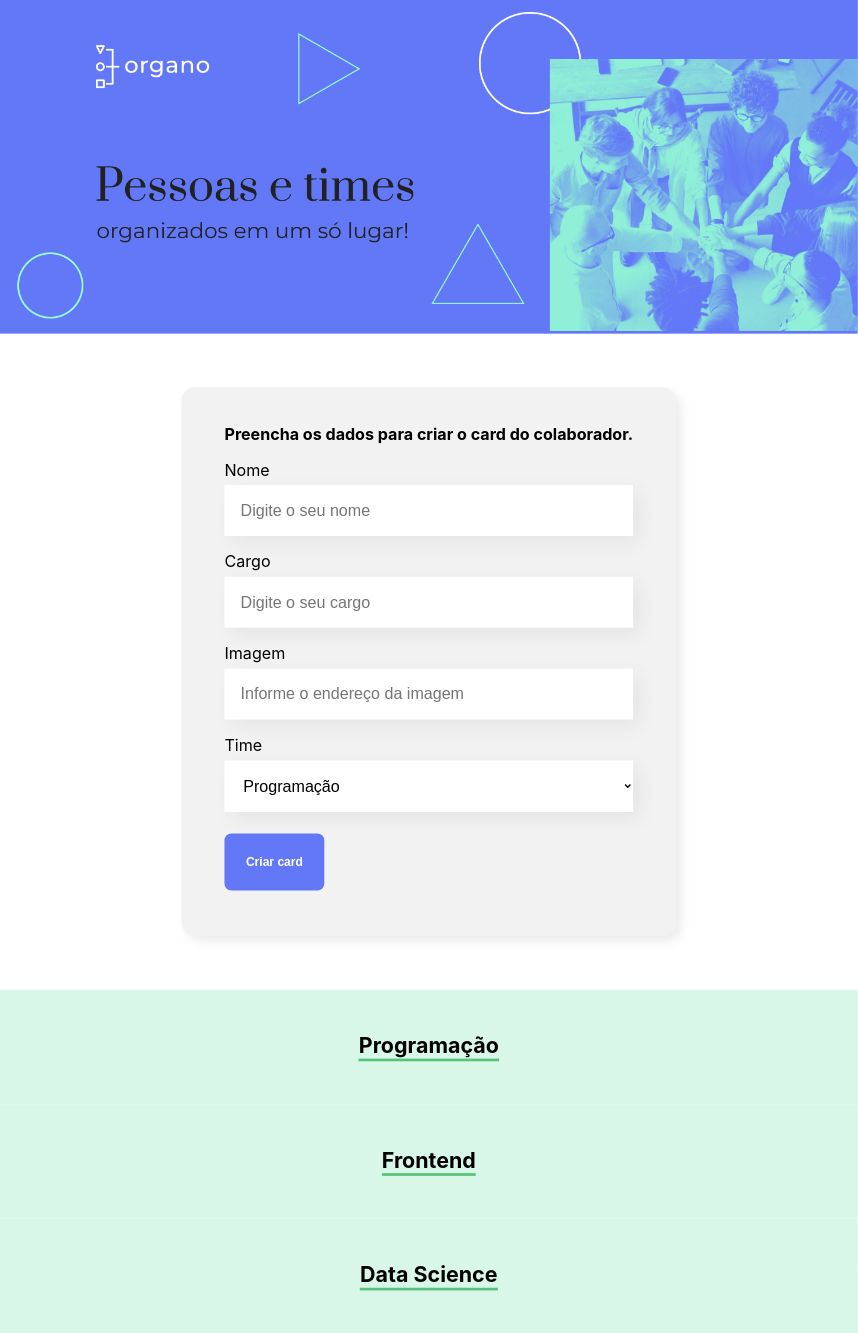
Repository: devMuriloOliveira/organo
Page: /
An editor plug-in stored every save of this project. The page is shown before and after the next save, followed by the edit.
The browser window is 1280 px wide. The pictures show the whole page, at 67% of full size.
The project was rebuilt for these pictures with package versions that can differ from the ones it lists, and the page was loaded fresh each time.

Above is the page before, as saved 2023-01-13 15:05:57.

After the next save:
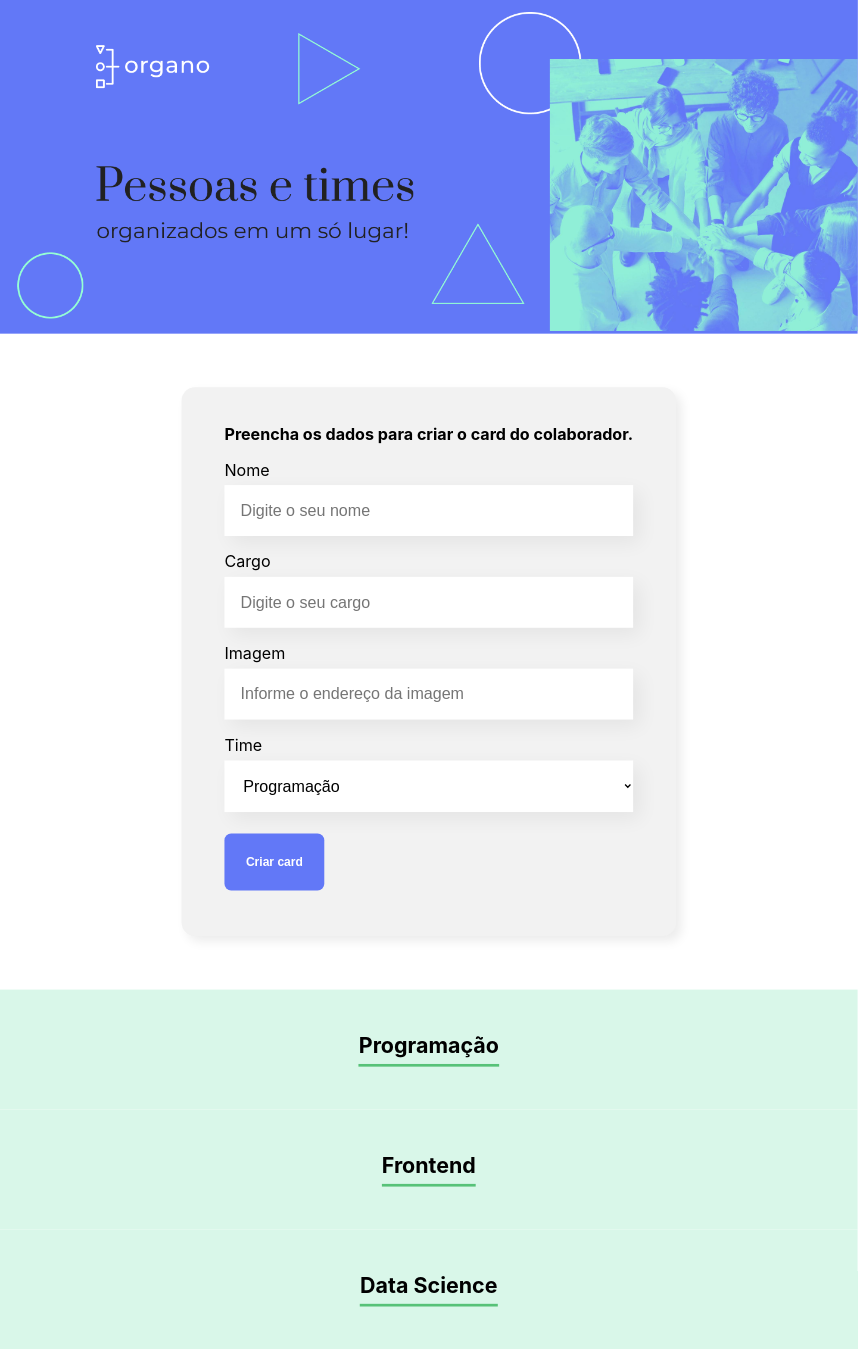
Saved 15 s later.
--- a/src/componentes/Time/Time.css
+++ b/src/componentes/Time/Time.css
@@ -8,4 +8,5 @@
   font-size: 32px;
   border-bottom: 4px solid #57C278;
   display: inline-block;
+  padding-bottom: 8px;
 }
